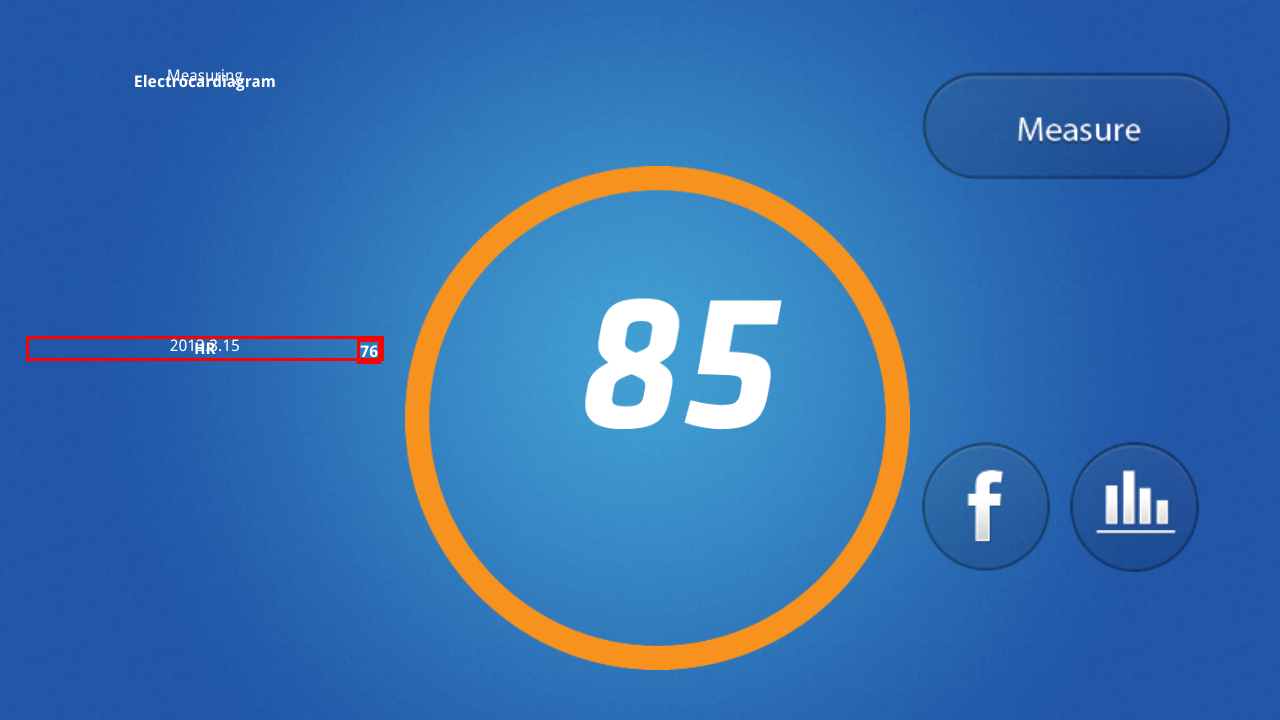
Repository: chouwill79131/IEcontest
Page: BluetoothChat/assets/complete.html
The author's editor kept a copy of each file at every save. The page is drawn from the files as they stood at one save, then again after the next save.
The browser window is 1280 px wide. The pictures show the whole page.

Above is the page before, as saved 2013-03-08 17:45:34.
Console error: TypeError: Cannot set properties of null (setting 'innerHTML')

After the next save:
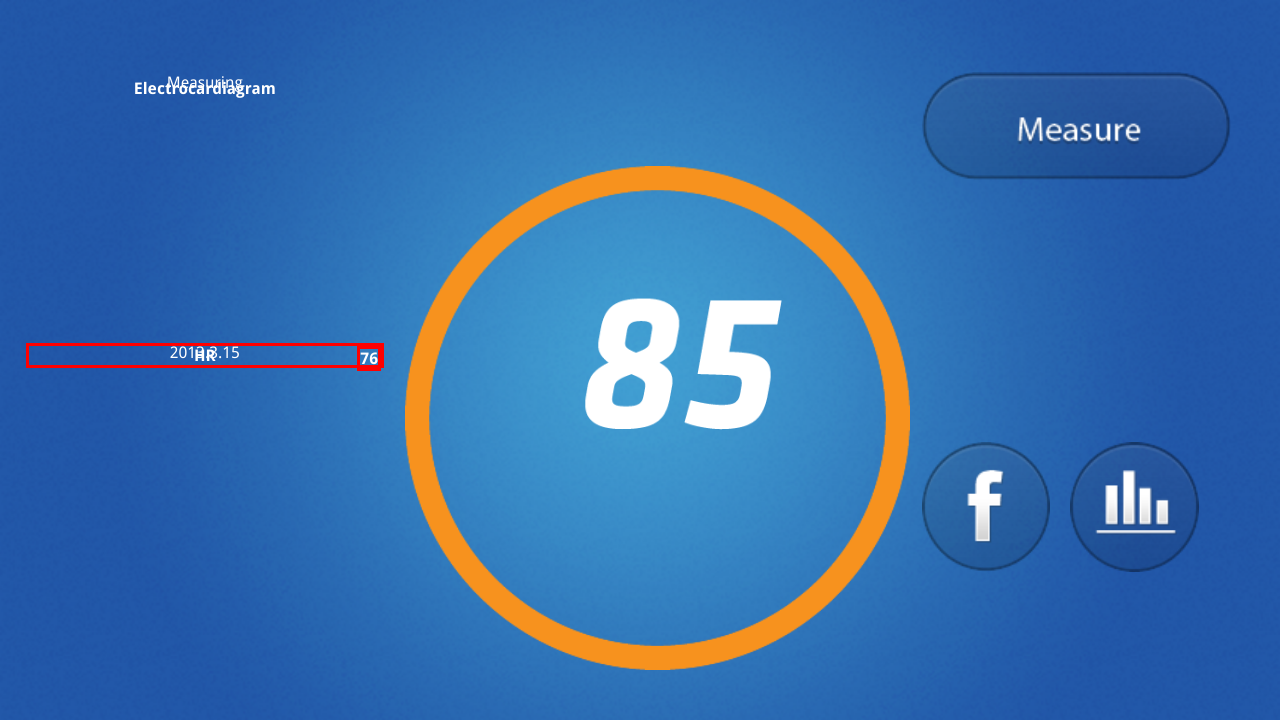
Saved 30 s later.
--- a/BluetoothChat/assets/complete.css
+++ b/BluetoothChat/assets/complete.css
@@ -15,7 +15,7 @@ body { margin:0; padding:0;}
 
 .left {  width: 28%; padding-left:2%;}
 .text, .hr , .date{ text-align: center; color:white;}
-.word { margin-top: 20%;  font-family: DroidSans-Bold ; }
+.word { margin-top: 22%;  font-family: DroidSans-Bold ; }
 .subword, .date { margin-top:-12%; font-family: droidsans ;}
 .hr {  border:solid red ; margin-top: 65%;  font-family: DroidSans-Bold ;}
 #hr {border:solid red; float:right; margin-left: -60% ;}
